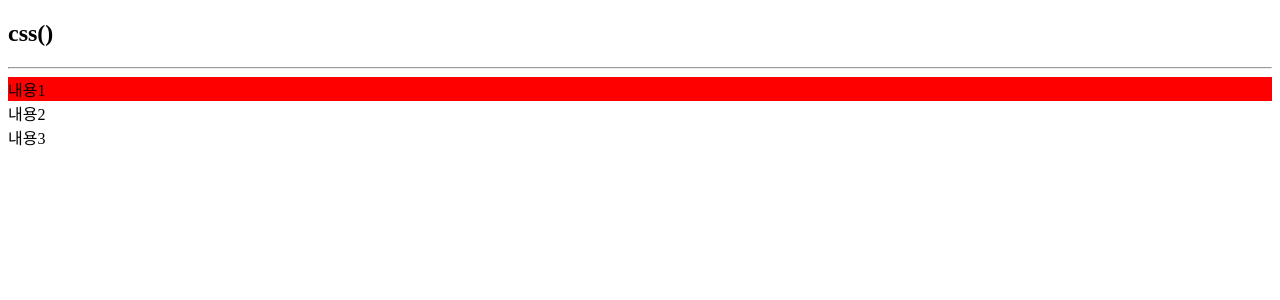
Repository: kimjoohye/study_WEB
Page: workspace/studyhtml5/WebContent/jq/jq02/jq06.html
The author's editor kept a copy of each file at every save. The page is drawn from the files as they stood at one save, then again after the next save.
The browser window is 1280 px wide. The pictures show the whole page.

Above is the page before, as saved 2022-05-11 02:49:50.

### workspace/studyhtml5/WebContent/jq/jq02/jq06.html
<!DOCTYPE html>
<html>
<head>
<meta name="viewport" content="width=device-width,initial-scale=1.0">
<meta charset="UTF-8">
<link rel="shortcut icon" type="image/x-icon" href="/studyhtml5/favicon.ico">
<meta http-equiv="Expires" content="Mon, 01 Jan 2020 00:00:01 GMT">
<!--위의 명시된 날짜 이후가 되면 페이지가 캐싱되지 않는다.(2020년 이후 쭉 ) -->

<meta http-equiv="Expires" content="-1">
<!--캐시된 페이지가 만료되어 삭제되는 시간을 정의하나 특별한 경우가 아니면 -1로 설정-->

<meta http-equiv="Pragma" content="no-cache">
<!--페이지 로드시마다 페이지를 캐싱하지 않는다.(HTTP 1.0)-->

<meta http-equiv="Cache-Control" content="no-cache">
<!--페이지 로드시마다 페이지를 캐싱하지 않는다.(HTTP 1.1)-->

<!--reset 스타일시트 -->
<!--<link rel="stylesheet" type="text/css" href="/studyhtml5/asset/css/reset.css">-->
<!--스타일 시트 -->
<style type="text/css">
  div:nth-child(1) {
    background: red;
  }

  div

</style>

<title>Insert title here</title>

<!-- jquery -->
<script type="text/javascript" src="/studyhtml5/asset/js/jquery-1.12.4.js"></script>
</head>
<body>
   <h2>css()</h2>
   <hr/>
   <div>
	   <div>내용1</div>
	   <div>내용2</div>
	   <div>내용3</div>
   </div>

   <!--자바스크립트 코드 -->
<script type="text/javascript">
   $(document).ready(function(){
       console.log('PCWK *** document');
   });
</script>
</body>
</html>

Loaded but not shown: workspace/studyhtml5/WebContent/asset/js/jquery-1.12.4.js (library)

After the next save:
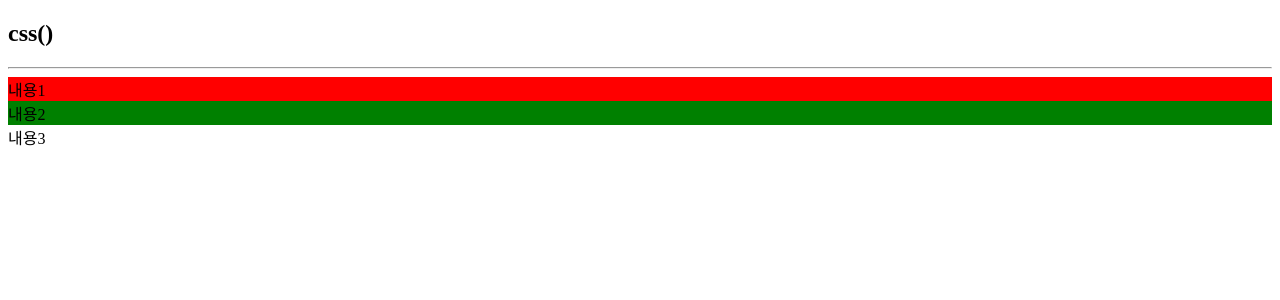
Saved 23 s later.
--- a/workspace/studyhtml5/WebContent/jq/jq02/jq06.html
+++ b/workspace/studyhtml5/WebContent/jq/jq02/jq06.html
@@ -24,7 +24,9 @@
     background: red;
   }
 
-  div
+  div:nth-child(2) {
+    background: green;
+  }
 
 </style>
 
